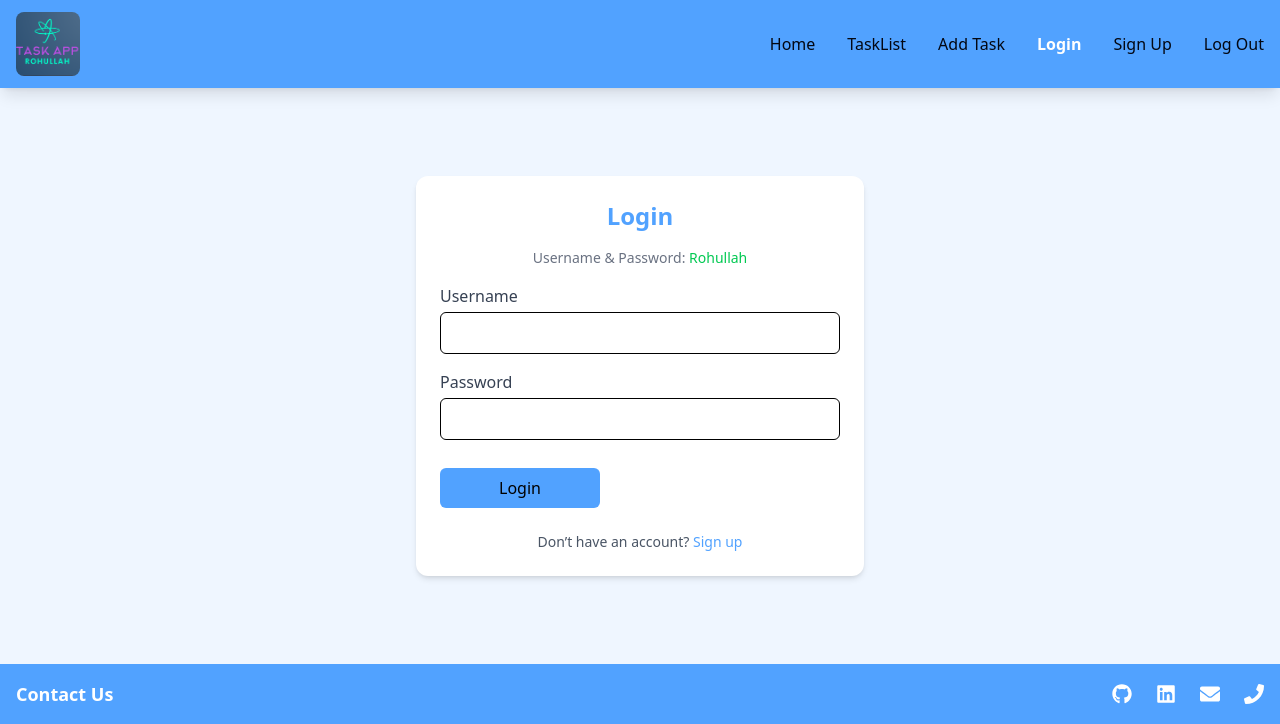
Repository: Rohullah-Noori/TaskApp
Page: /
An editor plug-in stored every save of this project. The page is shown before and after the next save, followed by the edit.
The browser window is 1280 px wide. The pictures show the whole page.
The project was rebuilt for these pictures with package versions that can differ from the ones it lists, and the page was loaded fresh each time. Also part of the build but not shown: vite.config.js, src/components/Loader.jsx, src/pages/Landing.jsx, src/pages/Home.jsx, src/pages/Signup.jsx, src/pages/Addtask.jsx, src/pages/Edittask.jsx, src/pages/Errorpage.jsx and 1 more.

Above is the page before, as saved 2025-06-23 10:46:42.

### src/index.css
@import "tailwindcss";

.input {
  @apply border-3 border-blue-200 focus:outline-blue-500 w-full rounded-md p-1;
}

.containerForm {
  @apply flex items-center justify-center  p-10 h-[90%] bg-blue-100 flex-grow overflow-y-auto;
}
.parentContainerForm {
  @apply max-w-md bg-white p-8 rounded-lg shadow-lg w-[90%];
}

.heading {
  @apply text-xl sm:text-2xl md:text-3xl font-bold mb-6 text-gray-800 text-center p-1 md:p-4;
}

.taskContainer {
  @apply bg-blue-100 lg:h-full min-h-107 justify-center flex;
}
.taskinnerContainer {
  @apply mt-10 text-center h-[90%]  shadow-lg bg-amber-50  rounded-xl p-10  max-w-md w-full;
}

.btndesign {
  @apply mt-3 cursor-pointer rounded-md py-2 mb-2 w-[50%] text-wrap sm:w-40 bg-blue-400  hover:bg-blue-500 hover:text-white;
}

### src/App.jsx
import { TasksProvider } from "./components/TaskContext";
import { BrowserRouter as Router, Routes, Route } from "react-router-dom";
import PrivateRoute from "./components/PrivateRoute";
import { AuthProvider } from "./components/PrivateContext";
import Landing from "./pages/Landing";
import Home from "./pages/Home";
import Login from "./pages/Login";
import Signup from "./pages/Signup";
import Addtask from "./pages/Addtask";
import Edittask from "./pages/Edittask";
import Errorpage from "./pages/Errorpage";
import Logout from "./pages/Logout";

function App() {
  return (
    <>
      <Router>
        <AuthProvider>
          <TasksProvider>
            <Routes>
              <Route path="/" element={<PrivateRoute />}>
                <Route index element={<Landing />} />
                <Route path="/addtask" element={<Addtask />} />
                <Route path="/home" element={<Home />} />
                <Route path="/edit-task/:taskId" element={<Edittask />} />
              </Route>

              <Route path="/login" element={<Login />} />

              <Route path="/signup" element={<Signup />} />
              <Route path="/logout" element={<Logout />} />

              <Route path="/*" element={<Errorpage />} />
            </Routes>
          </TasksProvider>
        </AuthProvider>
      </Router>
    </>
  );
}

export default App;

### src/components/TaskContext.jsx
import { createContext, useContext, useState } from "react";

const TaskContext = createContext();
export const TasksProvider = ({ children }) => {
  const [tasks, setTasks] = useState([]);
  const [loading, setIsloading] = useState(false);
  const addtask = (newtask) => {
    setTasks((prevtask) => [...prevtask, newtask]);
  };

  const updateTask = (taskId, taskdata) => {
    setTasks((prevtask) =>
      prevtask.map((task) =>
        task.id === Number(taskId)
          ? {
              ...task,
              title: taskdata.title,
              startTime: taskdata.startTime,
              endTime: taskdata.endTime,
            }
          : task
      )
    );
  };

  return (
    <TaskContext.Provider
      value={{
        tasks,
        addtask,
        setTasks,
        loading,
        setIsloading,
        updateTask,
      }}
    >
      {children}
    </TaskContext.Provider>
  );
};

export const useTasks = () => useContext(TaskContext);

### src/components/PrivateRoute.jsx
import { Navigate, Outlet } from "react-router-dom";
import { useAuth } from "./PrivateContext";

export default function PrivateRoute() {
  const { islogin } = useAuth();
  return islogin ? <Outlet /> : <Navigate to="/login" />;
}

### src/components/PrivateContext.jsx
import { createContext, useContext, useEffect, useState } from "react";
import { useNavigate } from "react-router-dom";

const AuthContext = createContext();
export const AuthProvider = ({ children }) => {
  const [islogin, setIslogin] = useState(() => {
    return localStorage.getItem("islogin") === "true" ? true : false;
  });
  const navigate = useNavigate();

  useEffect(
    function () {
      localStorage.setItem("islogin", JSON.stringify(islogin));
    },

    [islogin]
  );

  const login = () => {
    setIslogin(true);
    navigate("/");
  };

  const logout = () => {
    setIslogin(false);
    navigate("/login");
  };

  return (
    <AuthContext.Provider value={{ login, logout, islogin }}>
      {children}
    </AuthContext.Provider>
  );
};

export const useAuth = () => useContext(AuthContext);

### src/pages/Login.jsx
import Navbar from "../components/Navbar";
import { useState } from "react";
import { Link } from "react-router-dom";
import Loader from "../components/Loader";
import Button from "../components/Button";
import { useAuth } from "../components/PrivateContext";
import Footer from "../components/Footer";

function Login() {
  const [message, setMessage] = useState("");
  const [loading, setIsloading] = useState(false);
  const [password, setPassword] = useState("");
  const [username, setUsername] = useState("");
  const { login } = useAuth();

  const validUsername = "Rohullah";
  const validPassword = "Rohullah";

  function handleSubmit(e) {
    e.preventDefault();
    setIsloading(true);
    setMessage("");

    if (username === validUsername && password === validPassword) {
      setTimeout(() => {
        setIsloading(false);
        setMessage("Login successfully");
        login();
      }, 1000);
    } else {
      setTimeout(() => {
        setMessage("Invalid username or password");
        setIsloading(false);
      }, 700);
    }
  }

  return (
    <>
      <Navbar />
      <main className="min-h-[80vh] flex justify-center items-center bg-blue-50 px-4">
        <div className="w-full max-w-md bg-white rounded-xl shadow-md p-6">
          <h2 className="text-2xl font-bold text-center text-blue-400 mb-4">
            Login
          </h2>

          <p className="text-sm text-gray-500 text-center mb-4">
            Username & Password:{" "}
            <span className="text-green-500 font-medium">Rohullah</span>
          </p>

          {loading && <Loader />}
          {message && (
            <div
              className={`text-sm px-4 py-2 rounded-md border mb-4 ${
                message === "Login successfully"
                  ? "bg-green-100 text-green-700 border-green-400"
                  : "bg-red-100 text-red-700 border-red-400"
              }`}
            >
              {message}
            </div>
          )}

          <form onSubmit={handleSubmit} className="space-y-4">
            <div>
              <label
                htmlFor="username"
                className="block text-gray-700 font-medium mb-1"
              >
                Username
              </label>
              <input
                type="text"
                id="username"
                value={username}
                onChange={(e) => setUsername(e.target.value)}
                className="w-full px-4 py-2 border rounded-md focus:outline-none focus:ring-2 focus:ring-blue-400"
              />
            </div>

            <div>
              <label
                htmlFor="password"
                className="block text-gray-700 font-medium mb-1"
              >
                Password
              </label>
              <input
                type="password"
                id="password"
                value={password}
                onChange={(e) => setPassword(e.target.value)}
                className="w-full px-4 py-2 border rounded-md focus:outline-none focus:ring-2 focus:ring-blue-400"
              />
            </div>

            <Button type="submit" className="w-full">
              Login
            </Button>
          </form>

          <p className="mt-4 text-center text-sm text-gray-600">
            Don’t have an account?{" "}
            <Link to="/signup" className="text-blue-400 hover:underline">
              Sign up
            </Link>
          </p>
        </div>
      </main>
      <Footer />
    </>
  );
}

export default Login;

### src/components/Button.jsx
function Button({ children, onClick, disabled }) {
  return (
    <button onClick={onClick} disabled={disabled} className="btndesign">
      {children}
    </button>
  );
}

export default Button;

### src/components/Navbar.jsx
import { Link, useLocation } from "react-router-dom";
import { useState } from "react";

const navItems = [
  { path: "/", label: "Home" },
  { path: "/home", label: "TaskList" },
  { path: "/addtask", label: "Add Task" },

  { path: "/login", label: "Login" },
  { path: "/signup", label: "Sign Up" },
  { path: "/logout", label: "Log Out" },
];

function Navbar() {
  const location = useLocation();
  const [open, setOpen] = useState(false);

  const toggleMenu = () => setOpen(!open);

  return (
    <nav className="bg-blue-400 shadow-lg sticky top-0 z-50">
      <div className="flex items-center justify-between px-4 py-3">
        <div className="w-16 h-16">
          <img
            src="../src/assets/logo/Capture.PNG"
            alt="Logo"
            className="rounded-lg object-cover w-full h-full"
          />
        </div>

        <div className="lg:hidden">
          <button
            onClick={toggleMenu}
            className="text-white focus:outline-none"
          >
            <svg
              xmlns="http://www.w3.org/2000/svg"
              className="w-6 h-6"
              fill="none"
              viewBox="0 0 24 24"
              stroke="currentColor"
            >
              <path
                strokeLinecap="round"
                strokeLinejoin="round"
                strokeWidth="2"
                d="M4 6h16M4 12h16M4 18h16"
              />
            </svg>
          </button>
        </div>

        <ul className="hidden lg:flex space-x-8">
          {navItems.map((item) => (
            <li key={item.path}>
              <Link
                to={item.path}
                className={`transition duration-200 hover:text-amber-50 ${
                  location.pathname === item.path
                    ? "text-white font-bold"
                    : "text-gray-950"
                }`}
              >
                {item.label}
              </Link>
            </li>
          ))}
        </ul>
      </div>

      {open && (
        <div className="lg:hidden px-4 pb-4">
          <ul className="flex flex-col space-y-3 bg-blue-400 rounded-md py-2 px-3">
            {navItems.map((item) => (
              <li key={item.path}>
                <Link
                  to={item.path}
                  onClick={() => setOpen(false)}
                  className={`block w-full transition duration-200 hover:text-amber-50 ${
                    location.pathname === item.path
                      ? "text-white font-bold"
                      : "text-gray-950"
                  }`}
                >
                  {item.label}
                </Link>
              </li>
            ))}
          </ul>
        </div>
      )}
    </nav>
  );
}

export default Navbar;

### src/components/Footer.jsx
import { FaGithub, FaLinkedin, FaEnvelope, FaPhone } from "react-icons/fa";

function Footer() {
  return (
    <footer className="bg-blue-400 text-white py-4 w-full">
      <div className="container mx-auto px-4 flex flex-col md:flex-row items-center justify-between space-y-4 md:space-y-0">
        <h1 className="text-lg font-semibold">Contact Us</h1>

        <div className="flex items-center space-x-6 text-xl">
          <a
            href="https://github.com/Rohullah-Noori"
            target="_blank"
            rel="noopener noreferrer"
            className="hover:text-gray-300 transition"
          >
            <FaGithub />
          </a>
          <a
            href="https://linkedin.com"
            target="_blank"
            rel="noopener noreferrer"
            className="hover:text-gray-300 transition"
          >
            <FaLinkedin />
          </a>
          <a
            href="mailto:rohullah313noori313@gmail.com"
            className="hover:text-gray-300 transition"
          >
            <FaEnvelope />
          </a>
          <a href="tel:+93731142295" className="hover:text-gray-300 transition">
            <FaPhone />
          </a>
        </div>
      </div>
    </footer>
  );
}

export default Footer;

Loaded but not shown: index.html (common file); src/main.jsx (common file)

After the next save:
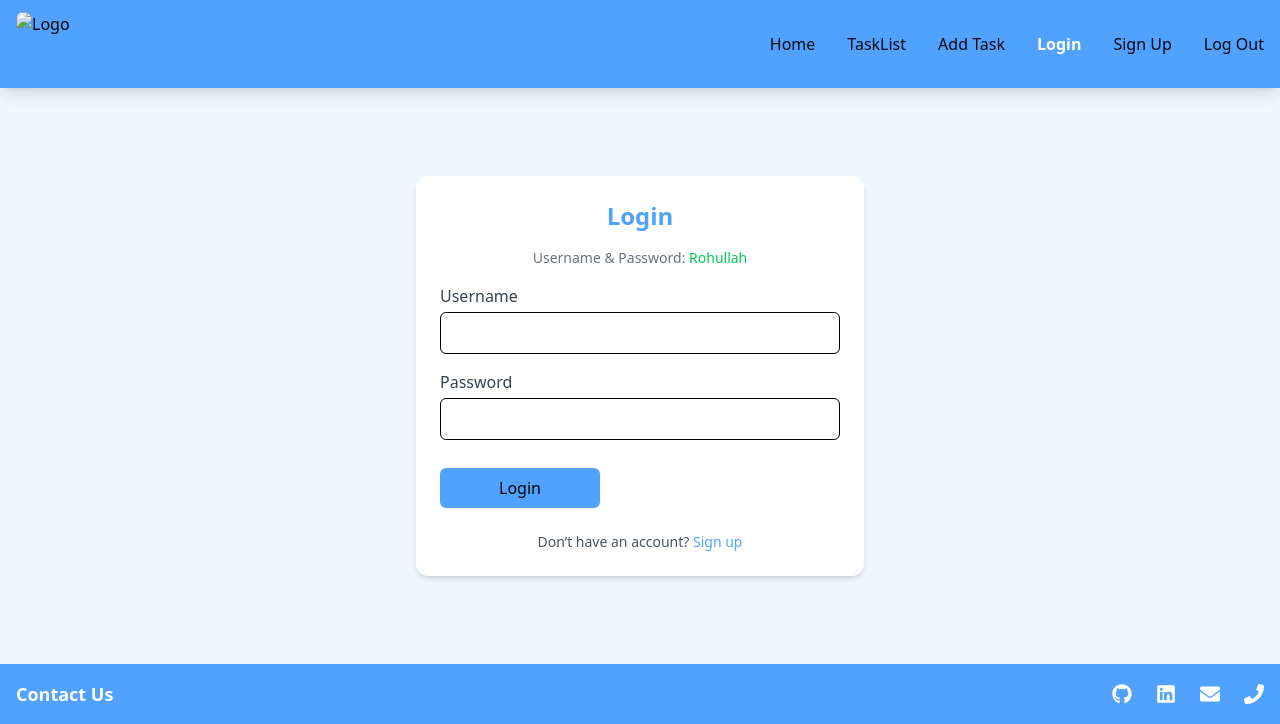
Saved 2 min 18 s later.
--- a/src/components/Navbar.jsx
+++ b/src/components/Navbar.jsx
@@ -22,7 +22,7 @@ function Navbar() {
       <div className="flex items-center justify-between px-4 py-3">
         <div className="w-16 h-16">
           <img
-            src="../src/assets/logo/Capture.PNG"
+            src=""
             alt="Logo"
             className="rounded-lg object-cover w-full h-full"
           />
